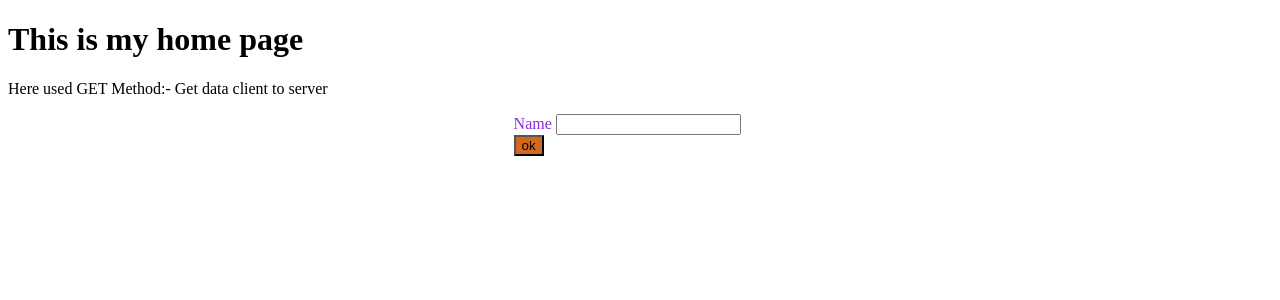
Repository: gautamsonam011/CMS
Page: http://localhost/home/
An editor plug-in stored every save of this project. The page is shown before and after the next save, followed by the edit.
The browser window is 1280 px wide. The pictures show the whole page.
The page is served by the project's application, run on Django 5.2 (manage.py).

Above is the page before, as saved 2025-09-06 12:18:59.

After the next save:
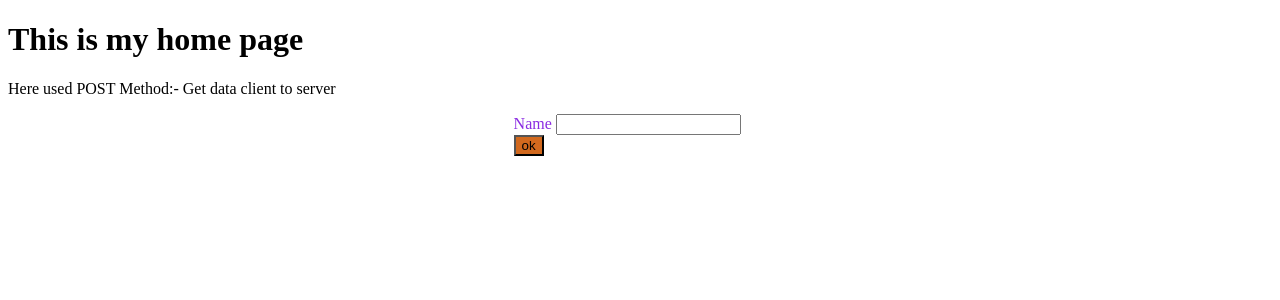
Saved 2 min 10 s later.
--- a/templates/home.html
+++ b/templates/home.html
@@ -1,9 +1,46 @@
+<!-- <!DOCTYPE html>
+<html lang="en">
+<head>
+    <meta charset="UTF-8">
+    <meta name="viewport" content="width=device-width, initial-scale=1.0">
+    <title>Home Page</title>
+    internal css
+    external css
+    inline css
+    <style>
+        form{
+            width:250px;
+            height: 00px;
+            background-color: cadetblue;
+            margin-left: 40%;
+        }
+        #name{
+            text-align: center;
+        }
+        .name{
+            color: blueviolet;
+        }
+    </style>
+</head>
+<body>
+    How to use GET method
+    <h1>This is my home page</h1>
+    <p>Here used GET Method:- Get data client to server</p>
+    <form action="" method="get">
+        <label class="name" for="name" >Name</label >
+        <input id="name" name="name" type="text">
+        <input type="submit" value="ok" style="background-color: chocolate;">
+    </form>
+</body>
+</html> -->
+
+
 <!DOCTYPE html>
 <html lang="en">
 <head>
     <meta charset="UTF-8">
     <meta name="viewport" content="width=device-width, initial-scale=1.0">
-    <title>Home Page</title>
+    <title>About Page</title>
     <!-- internal css
     external css
     inline css -->
@@ -23,10 +60,11 @@
     </style>
 </head>
 <body>
-    <!-- How to use GET method  -->
+    <!-- How to use POST method  -->
     <h1>This is my home page</h1>
-    <p>Here used GET Method:- Get data client to server</p>
-    <form action="" method="get">
+    <p>Here used POST Method:- Get data client to server</p>
+    <form action="" method="POST">
+        {% csrf_token %}
         <label class="name" for="name" >Name</label >
         <input id="name" name="name" type="text">
         <input type="submit" value="ok" style="background-color: chocolate;">
